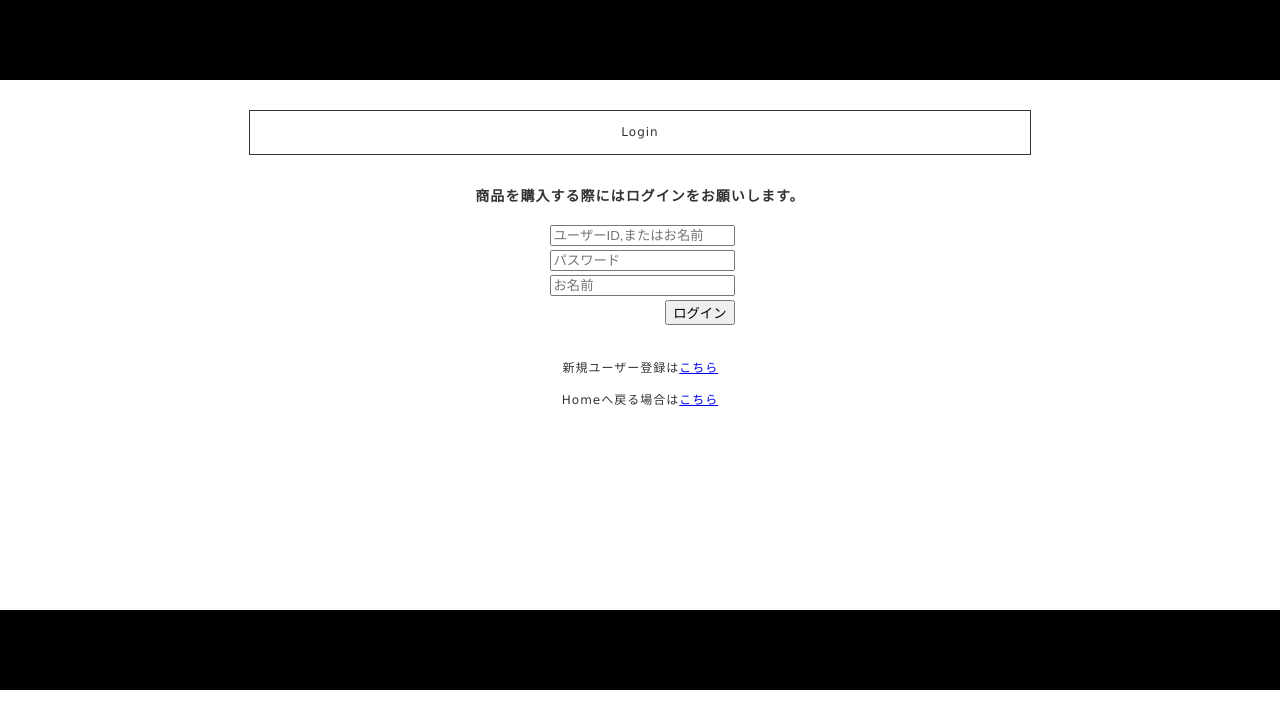
Repository: SNMAGNET/backup
Page: http://localhost/ecsite/login.jsp
An editor plug-in stored every save of this project. The page is shown before and after the next save, followed by the edit.
The browser window is 1280 px wide. The pictures show the whole page.
The page is served by Tomcat 9. Other server files are loaded and not shown.

Above is the page before, as saved 2018-01-18 07:36:19.

### ecsite/WebContent/login.jsp
<%@ page language="java" contentType="text/html; charset=UTF-8"
	pageEncoding="UTF-8"%>
<%@ taglib prefix="s" uri="/struts-tags"%>

<!DOCTYPE html>
<html>
<head>
	<meta charset="utf-8">
	<meta http-equiv="Content-Type" content="text/html; charset=utf-8" />
	<meta http-equiv="Content-Style-Type" content="text/css" />
	<meta http-equiv="Content-Script-Type" content="text/javascript" />
	<meta http-equiv="imagetoolbar" content="no" />
	<meta name="description" content="" />
	<meta name="keywords" content="" />
	<meta charset="utf-8">
	<title>Login画面</title>
	<style type="text/css">

		/* ========TAG LAYOUT======== */
		body {
		   margin:0;
		   padding:0;
		   line-height:1.6;
		   letter-spacing:1px;
		   font-family:Verdana, Helvetica, sans-serif;
		   font-size:12px;
		   color:#333;
		   background:#fff;
		}

		table {
			text-align:center;
			margin:0 auto;
		}

		/* ========ID LAYOUT======== */
		#top {
		   width:780px;
		   margin:30px auto;
		   border:1px solid #333;
		}

		#header {
		   width: 100%;
		   height: 80px;
		   background-color: black;
		}

		#main {
		   width: 100%;
		   height: 500px;
		   text-align: center;
		}

		#footer {
			width: 100%;
			height: 80px;
			background-color: black;
			clear:both;
		}

		#text-link {
			display: inline-block;
			text-align: right;
		}
	</style>
</head>
<body>
	<div id="header">
	 	<div id="pr">
		</div>
	</div>
	<div id="main">
		<div id="top">
			<p>Login</p>
		</div>
		<div>
			<h3>商品を購入する際にはログインをお願いします。</h3>
			<s:form action="LoginAction">
				<s:textfield name="loginUserId"
				             placeholder="ユーザーID,またはお名前"/>
				<s:password name="loginPassword"
				            placeholder="パスワード"/>
				<s:textfield name="userName"
				             placeholder="お名前"/>
				<s:submit value="ログイン"/>
			</s:form>
			<br/>
			<div id="text-link">
				<p>新規ユーザー登録は<a href='<s:url action="UserCreateAction" />'>こちら</a></p>
				<p>Homeへ戻る場合は<a href='<s:url action="GoHomeAction" />'>こちら</a></p>
			</div>
		</div>
	</div>
	<div id="footer">
	 	<div id="pr">
		</div>
	</div>
</body>
</html>

After the next save:
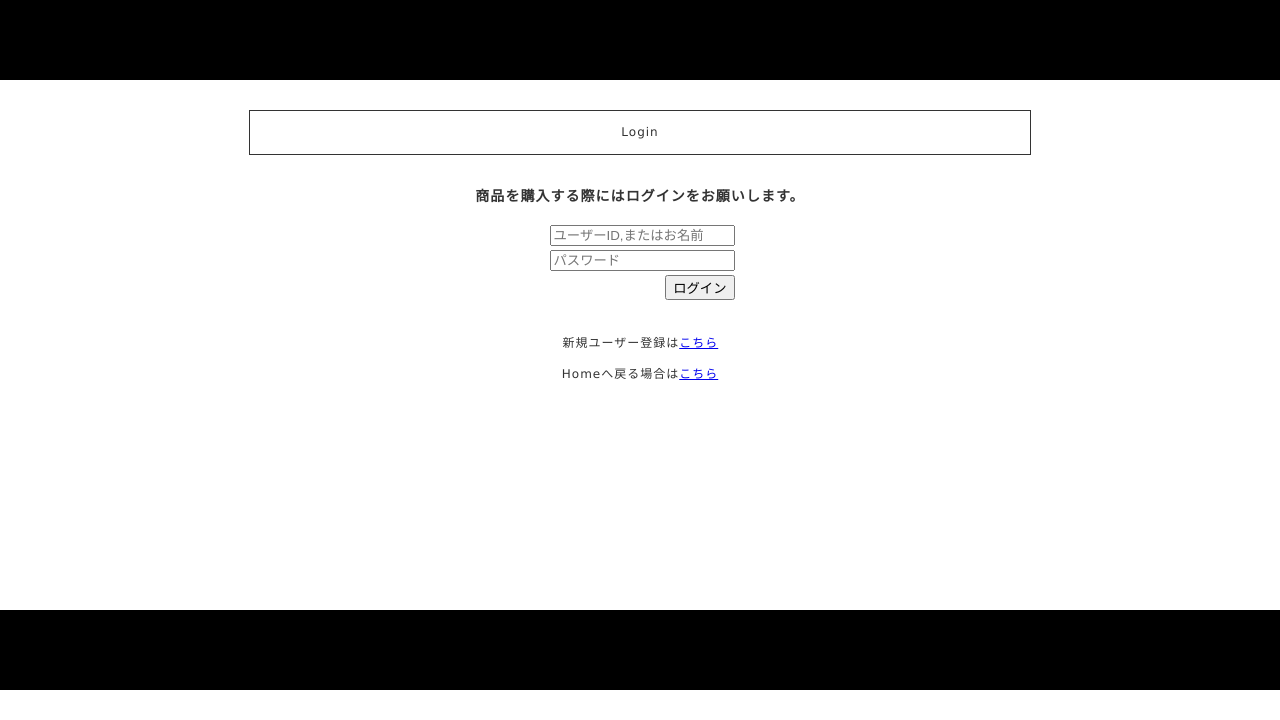
Saved 75 s later.
--- a/ecsite/WebContent/login.jsp
+++ b/ecsite/WebContent/login.jsp
@@ -81,8 +81,6 @@
 				             placeholder="ユーザーID,またはお名前"/>
 				<s:password name="loginPassword"
 				            placeholder="パスワード"/>
-				<s:textfield name="userName"
-				             placeholder="お名前"/>
 				<s:submit value="ログイン"/>
 			</s:form>
 			<br/>
